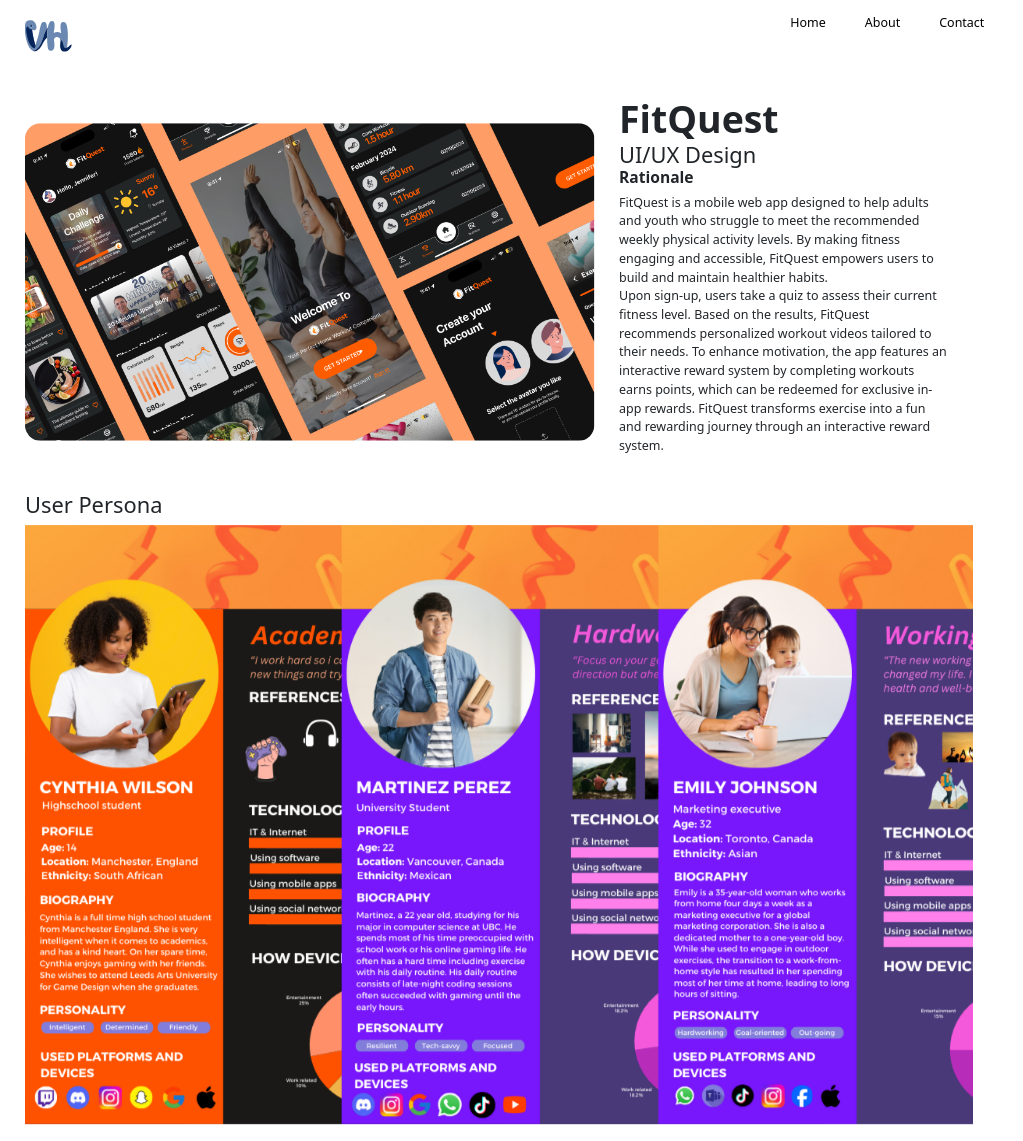
Repository: Vanessahyc/vanessa-portfolio
Page: /fitquest
These files come from the project's save history. The page is drawn as it stood at one moment and after the next save; the edit follows.
The browser window is 1280 px wide. The page is 1312 px wide, so the pictures cover 1312 px, including what lies to the right of the window. The pictures show the whole page, at 78% of full size.
The project was rebuilt for these pictures with package versions that can differ from the ones it lists, and the page was loaded fresh each time. The framework's server and built-in components were replaced by stand-ins that run in the browser. Also part of the build but not shown: next.config.mjs.

Above is the page before, as saved 2025-02-07 17:35:43.

After the next save:
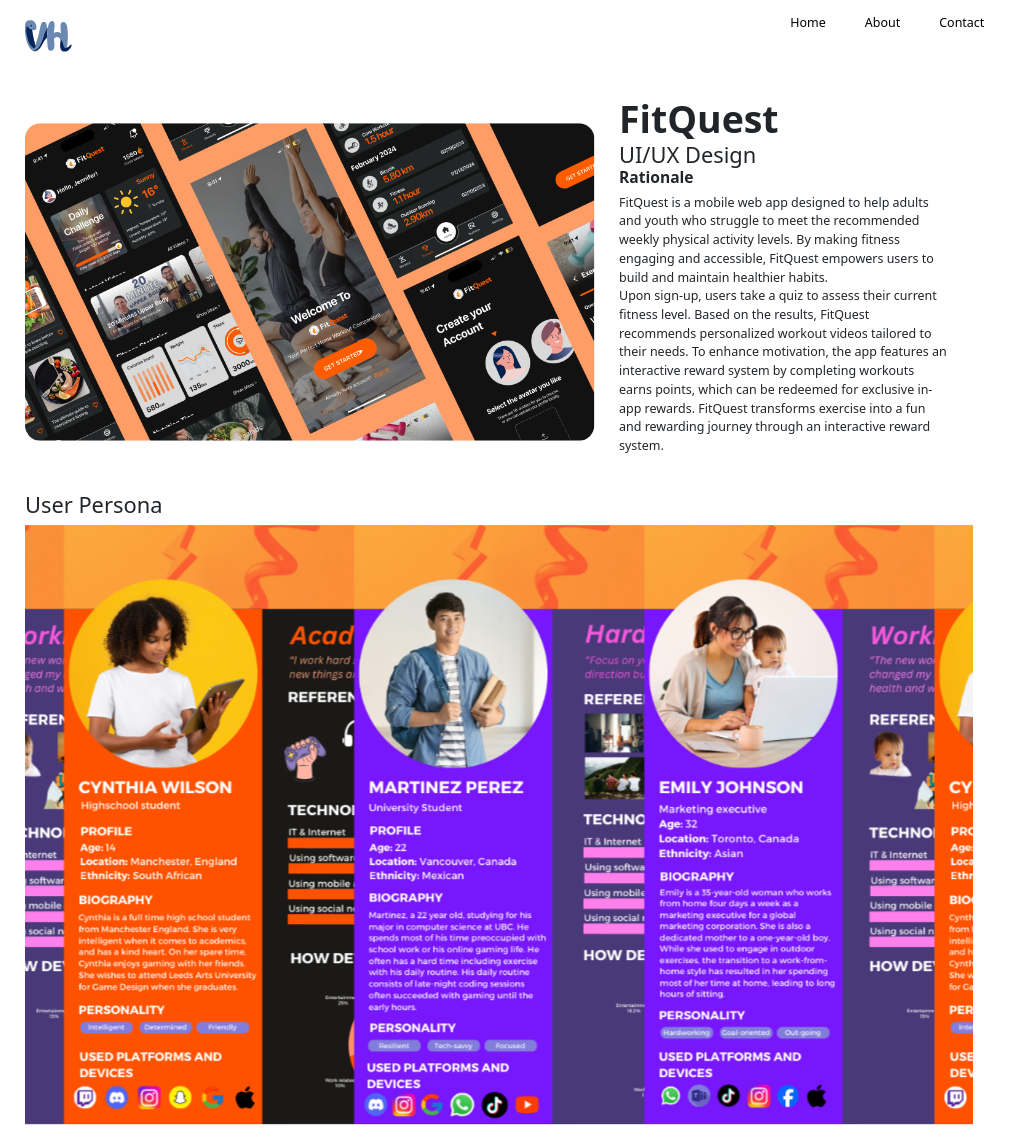
Saved 12 s later.
--- a/src/app/fitquest/page.js
+++ b/src/app/fitquest/page.js
@@ -9,7 +9,7 @@
 
 export default function Fitquest() {
     const Slider = dynamic(() => import('react-slick'), {ssr: false});
-    const settings = {dots: true, infinite: true, speed: 500, slidesToShow: 3, slidesToScroll: 1, autoplay: false, autoplaySpeed: 3000};
+    const settings = {dots: true, infinite: true, speed: 500, slidesToShow: 3, slidesToScroll: 1, autoplay: false, autoplaySpeed: 3000, centerMode: true};
     const images = ['/images/2.png', '/images/3.png', '/images/4.png']
 
 
